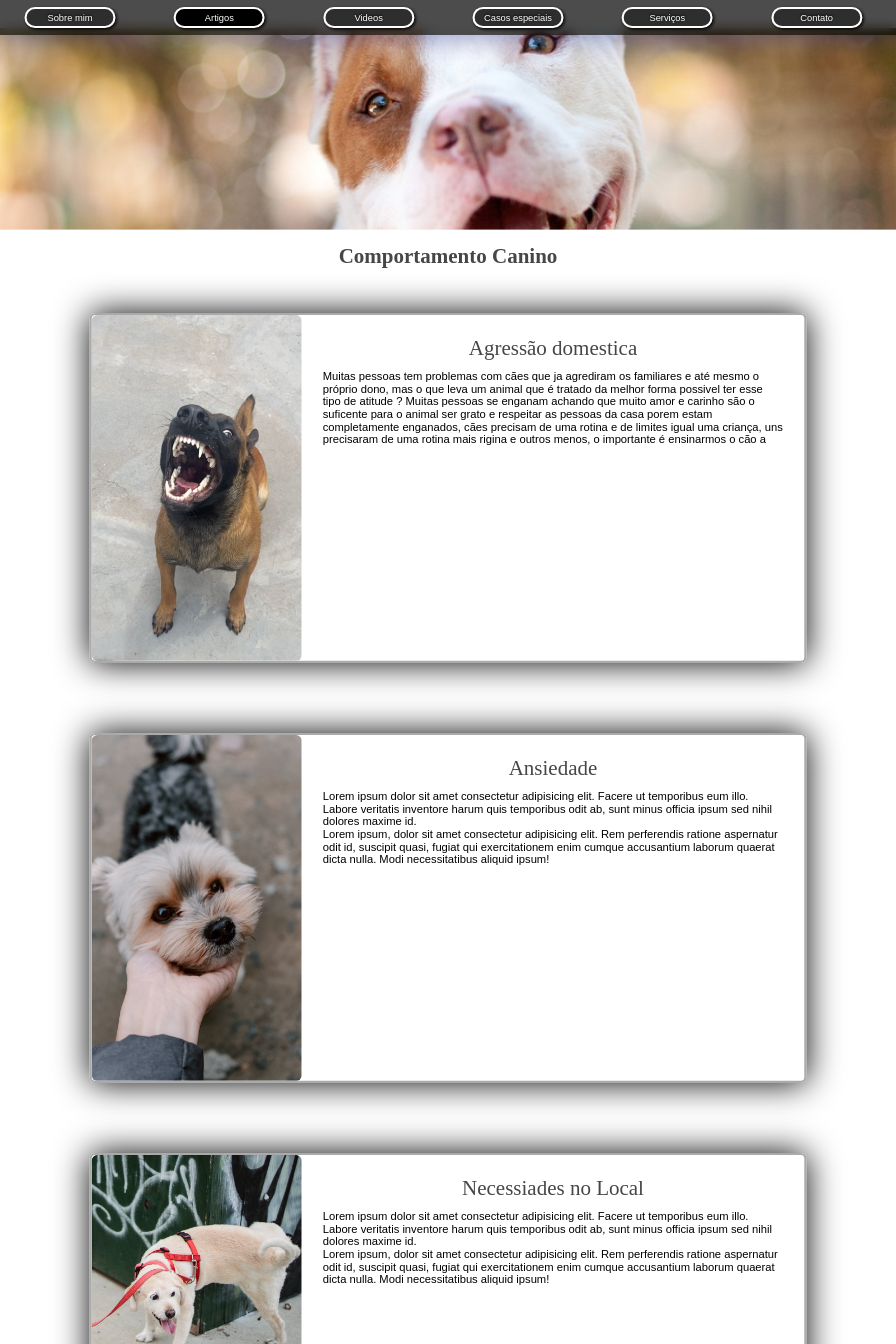
Repository: KevynMarques/Blog-React-StyledComponent
Page: /, after clicking the first element matching `button.sc-eqUAAy`
An editor plug-in stored every save of this project. The page is shown before and after the next save, followed by the edit.
The browser window is 1280 px wide. The pictures show the part of the page from y = 0 to 1920 px (the page is 3448 px tall), at 70% of full size.
The project was rebuilt for these pictures with package versions that can differ from the ones it lists, and the page was loaded fresh each time. Also part of the build but not shown: src/Components/Clientes/index.jsx, src/Components/Serviços/index.jsx, src/Components/Contato/index.jsx, src/Components/View/index.jsx.

Above is the page before, as saved 2022-02-21 15:23:15.

### public/index.html
<!DOCTYPE html>
<html lang="pt-BR">
  <head>
    <meta charset="utf-8" />
    <link rel="icon" href="%PUBLIC_URL%/favicon.ico" />
    <meta name="viewport" content="width=device-width, initial-scale=1" />
    <meta name="theme-color" content="#000000" />
    <meta
      name="description"
      content="Web site created using create-react-app"
    />
    <link rel="apple-touch-icon" href="%PUBLIC_URL%/logo192.png" />
    <!--
      manifest.json provides metadata used when your web app is installed on a
      user's mobile device or desktop. See https://developers.google.com/web/fundamentals/web-app-manifest/
    -->
    <!--
      Notice the use of %PUBLIC_URL% in the tags above.
      It will be replaced with the URL of the `public` folder during the build.
      Only files inside the `public` folder can be referenced from the HTML.

      Unlike "/favicon.ico" or "favicon.ico", "%PUBLIC_URL%/favicon.ico" will
      work correctly both with client-side routing and a non-root public URL.
      Learn how to configure a non-root public URL by running `npm run build`.
    -->
    <title>Adestramento DK</title>
  </head>
  <body>
    <noscript>You need to enable JavaScript to run this app.</noscript>
    <div id="root"></div>
    <!--
      This HTML file is a template.
      If you open it directly in the browser, you will see an empty page.

      You can add webfonts, meta tags, or analytics to this file.
      The build step will place the bundled scripts into the <body> tag.

      To begin the development, run `npm start` or `yarn start`.
      To create a production bundle, use `npm run build` or `yarn build`.
    -->
  </body>
</html>

### src/App.jsx
import Home from './Pages/Home';
import Sobre from './Components/Sobre/index';
import { useState, useEffect } from 'react';
import { GlobalStyle } from './GlobalStyle';
import Geral from './Components/Geral/index';


function App() {

  const [geral, setGeral]=useState(<Sobre />);

  return (
    <>
    <Home setGeral={setGeral} geral={geral}  />
    <Geral geral={geral} />
    <GlobalStyle/>
   </>
  );
}

export default App;

### src/Pages/Home/index.jsx
import React, {useState} from "react"
import {  Home, Videos, Comportamental, Serviços, Diversos, Contato } from "../../Components/Buttons/Style"
import Sobre from '../../Components/Sobre/index'
import Comport  from '../../Components/Artigos/index'
import Clientes from '../../Components/Clientes/index'
import Serv from "../../Components/Serviços"
import Cont from '../../Components/Contato/index'
import View from "../../Components/View"
import { ContainerHeader } from "../../Components/Containers/style"




export default (props) => {

  const [ativo, setAtivo] = useState(false)
  const [ativoVideos, setAtivoVideos] = useState(true)
  const [ativoComp, setComp] = useState(true)
  const [Casos, setCasos] = useState(true)
  const [serviços, setServiços] = useState(true)
  const [contato, setContato] = useState(true)


  return (
   <>
    <ContainerHeader>

       <Home
         setAtivo={setAtivo}
         ativo={ativo}
         onClick={()=>(props.setGeral(<Sobre />),
         setAtivo(false),
         setAtivoVideos(true),
         setComp(true),
         setCasos(true),
         setServiços(true)
         )}>
         <p>Sobre mim</p>
      </Home>


       <Comportamental
          onClick={() =>(props.setGeral(<Comport />),
          setAtivo(true),
          setAtivoVideos(true),
          setComp(false),
          setCasos(true),
          setServiços(true))}

          setComp={setComp}
          ativoComp={ativoComp}>

         <p>Artigos</p>
       </Comportamental>

       <Videos
        ativoEquip={ativoVideos}
        setAtivoVideos={setAtivoVideos}
        onClick={()=>(props.setGeral(<View />),
        setAtivo(true),
        setAtivoVideos(false),
        setComp(true),
        setCasos(true),
        setServiços(true)
        )}>
        <p>Videos</p>
       </Videos>

       <Diversos
          onClick={() =>(props.setGeral(<Clientes />),
          setAtivo(true),
          setAtivoVideos(true),
          setComp(true),
          setCasos(false),
          setServiços(true))}
          setCasos={setCasos}
          Casos={Casos}>
         <p>Casos especiais</p>
       </Diversos>


       <Serviços onClick={() =>(props.setGeral(<Serv />),
        setAtivo(true),
        setAtivoVideos(true),
        setComp(true),
        setCasos(true),
        setServiços(false))}
        setServiços={setServiços}
        serviços={serviços}>
         <p>Serviços</p>
       </Serviços>

       <Contato onClick={() =>(props.setGeral(<Cont />),
        setAtivo(true),
        setAtivoVideos(true),
        setComp(true),
        setCasos(true),
        setServiços(true),
        setContato(false)
       )}
          setContato={setContato}
          contato={contato}>
         <p>Contato</p>
      </Contato>

    </ContainerHeader>
    </>
  );
}

### src/Components/Sobre/index.jsx
import Foto from '../Image/foto.png'
import LV from '../Image/LV.jpg';
import Dog from '../Image/Dog.png'
import { Tittle } from "../Textos&Titles/style";
import { ContainerBaner, ContainerBox, ContainerIMG } from "../Containers/style";
import { Info } from "../Textos&Titles/style";
import { SubTitle } from '../Textos&Titles/style';
import { TitleInfo } from '../Textos&Titles/style';


export default () => {
  return (
<>
     <ContainerBaner>
      <img src={Dog} />
     </ContainerBaner>

   <Tittle>
          Adestramento DK
  </Tittle>


  <ContainerBox>
       <ContainerIMG>
        <img src={Foto} />
       </ContainerIMG>
       <Info>
       <TitleInfo>Quem sou eu</TitleInfo>
       meu nome é Kevyn Marques sempre fui um apaixonado por cães, no ano de 2017 tive o prazer
       de fazer parte do 2BPE  onde pude ter  meu primeiro contato com cães de trabalho tanto de faro como de guarda, encantando com aqueles animais comecei a pesquisar e estudar sobre comportamento canino  e desde la eu nunca mais parei, ao longo da minha jornada como adestrador fiz inumeros cursos com pessoas que estão na aréa do adestramento a anos, tanto no esporte canino como no treinamento pet podendo ter uma visão ampla e diversificade de cada caso que passa pelas minhas mãos, tenho um orgulho enorme dos meus resultados, acredito que todos com a orientação adequada podem ter uma vida em harmonia com seus cães independente do tamanho do problema ele sempre tera solução.
       </Info>
       </ContainerBox>

  <SubTitle>  Viper e Logan !
  </SubTitle>


    <ContainerBox>
       <ContainerIMG>
        <img src={LV} />
       </ContainerIMG>
       <Info>
       <TitleInfo>Nosso dia a dia</TitleInfo>
       Apesar de ter tido cães a vida toda o meu primeiro cão de trabalho foi o Logan, meu pastor Belga Malinois que se encontra ao lado direito da foto, com o Logan vieram inumeros desafios afinal é uma raça dificil de lidar, temperamento forte muita disposição e um drive de caça altissimo, porem com a tecnica é o conhecimento adequado o Logan se tornou a melhor companhia que ja tive na vida, ja o Mali mais escuro na foto é o Viper, minha paixão por Malinois so aumenta e com isso veio mais um para familia, o pequeno Viper é bem diferente do Logan, um cão mais calmo e de um temperamento extremamente equilibrado por enquanto ainda não sei se irei treina-lo para guarda e proteção como o Logan, porem uma coisa é certa, eles fazem uma dupla e tanto !! Irei postar videos rotineiros dos treinos de ambos e espero que vocês acompanhem !
       </Info>
   </ContainerBox>
</>

  );
}

### src/GlobalStyle.jsx
import { createGlobalStyle } from 'styled-components';

 export const GlobalStyle = createGlobalStyle`
  * {
    margin: 0;
    padding: 0;
    box-sizing: border-box;

  }
`;

### src/Components/Geral/index.jsx
import React from "react"

export default (props) => {

  return (

    <>
    {props.geral}
    </>

  );

}

### src/Components/Buttons/Style.jsx
import styled from "styled-components";


export const Home = styled.button `
background:${props => props.ativo ? '#2e2e2e' : '#000000'};
font-family: Arial, Helvetica, sans-serif;
font-style:normal;
color:#ffffff;
border:3px solid #ffffff;
text-shadow:0px -1px 3px #000000;
box-shadow:2px 2px 5px #000000;
box-shadow:2px 2px 5px #000000;
box-shadow:2px 2px 5px #000000;
border-radius:25px 25px 25px 25px;
border-radius:25px 25px 25px 25px;
border-radius:25px 25px 25px 25px;
width:130px;
height: 30px;

&:hover {
  background-color: black;
}

cursor:pointer;
margin:0 auto;
margin-left: 35px;

&:active {
  transform: scale(0.9);
}

`;


export const Videos = styled(Home) `

background:${props => props.ativoEquip ? '#2e2e2e' : '#000000'};

`;

export const Comportamental = styled(Home) `

background:${props => props.ativoComp ? '#2e2e2e' : '#000000'};

`;


export const Diversos = styled(Home) `

background:${props => props.Casos? '#2e2e2e' : '#000000'};

`;


export const Serviços = styled(Home) `

background:${props => props.serviços? '#2e2e2e' : '#000000'};

`;

export const Contato = styled(Home) `

background:#2e2e2e;

`;

### src/Components/Artigos/index.jsx
import Dog from '../Image/pitbull.jpeg'
import Agress from '../Image/agressao.png'
import York from '../Image/york.jpeg'
import Xixi from '../Image/xixi.jpeg'
import Passeio from '../Image/Passeio.jpeg'
import Bagunça from '../Image/bagunça.jpg'
import { Info, SubTitle } from '../Textos&Titles/style'
import { ContainerBaner, ContainerBox, ContainerIMG } from '../Containers/style'
import { TitleInfo } from '../Textos&Titles/style'

export default () => {
  return (
    <>
    <ContainerBaner>
    <img src={Dog} />
    </ContainerBaner>

    <SubTitle>
      Comportamento Canino
     </SubTitle>

      <ContainerBox>
       <ContainerIMG>
        <img src={Agress} />
       </ContainerIMG>
       <Info>
       <TitleInfo>Agressão domestica</TitleInfo>
       Muitas pessoas tem problemas com cães que ja agrediram os familiares e até mesmo o próprio dono, mas o que leva um animal que é tratado
       da melhor forma possivel ter esse tipo de atitude ? Muitas pessoas se enganam achando que muito amor e carinho são o suficente para o animal ser grato e respeitar as pessoas da casa porem estam completamente enganados, cães precisam de uma rotina e de limites igual uma criança, uns precisaram de uma rotina mais rigina e outros menos, o importante é ensinarmos o cão a
        </Info>
       </ContainerBox>

       <ContainerBox>
       <ContainerIMG>
        <img src={York} />
       </ContainerIMG>
       <Info>
       <TitleInfo>Ansiedade</TitleInfo>
       Lorem ipsum dolor sit amet consectetur adipisicing elit. Facere ut temporibus eum illo. Labore veritatis inventore harum quis temporibus odit ab, sunt minus officia ipsum sed nihil dolores maxime id.
       <br></br>
        Lorem ipsum, dolor sit amet consectetur adipisicing elit. Rem perferendis ratione aspernatur odit id, suscipit quasi, fugiat qui  exercitationem  enim cumque accusantium laborum quaerat dicta nulla. Modi necessitatibus aliquid ipsum!
        </Info>
       </ContainerBox>

       <ContainerBox>
       <ContainerIMG>
        <img src={Xixi} />
       </ContainerIMG>
       <Info>
       <TitleInfo>Necessiades no Local</TitleInfo>
       Lorem ipsum dolor sit amet consectetur adipisicing elit. Facere ut temporibus eum illo. Labore veritatis inventore harum quis temporibus odit ab, sunt minus officia ipsum sed nihil dolores maxime id.
       <br></br>
        Lorem ipsum, dolor sit amet consectetur adipisicing elit. Rem perferendis ratione aspernatur odit id, suscipit quasi, fugiat qui  exercitationem  enim cumque accusantium laborum quaerat dicta nulla. Modi necessitatibus aliquid ipsum!
        </Info>
       </ContainerBox>


       <ContainerBox>
       <ContainerIMG>
        <img src={Passeio} />
       </ContainerIMG>
       <Info>
       <TitleInfo>Passeio</TitleInfo>
       Lorem ipsum dolor sit amet consectetur adipisicing elit. Facere ut temporibus eum illo. Labore veritatis inventore harum quis temporibus odit ab, sunt minus officia ipsum sed nihil dolores maxime id.
       <br></br>
        Lorem ipsum, dolor sit amet consectetur adipisicing elit. Rem perferendis ratione aspernatur odit id, suscipit quasi, fugiat qui  exercitationem  enim cumque accusantium laborum quaerat dicta nulla. Modi necessitatibus aliquid ipsum!
        </Info>
       </ContainerBox>


       <ContainerBox>
       <ContainerIMG>
        <img src={Bagunça} />
       </ContainerIMG>
       <Info>
       <TitleInfo>Destruição de objetos</TitleInfo>
       Lorem ipsum dolor sit amet consectetur adipisicing elit. Facere ut temporibus eum illo. Labore veritatis inventore harum quis temporibus odit ab, sunt minus officia ipsum sed nihil dolores maxime id.
       <br></br>
        Lorem ipsum, dolor sit amet consectetur adipisicing elit. Rem perferendis ratione aspernatur odit id, suscipit quasi, fugiat qui  exercitationem  enim cumque accusantium laborum quaerat dicta nulla. Modi necessitatibus aliquid ipsum!
        </Info>
       </ContainerBox>
    </>
  );
}

### src/Components/Containers/style.jsx
import  styled  from "styled-components";



export const  ContainerHeader  = styled.div `
     width: 100vw;
     height: 50px;
     margin: 0;
     position: fixed;
     z-index: 99999;
     background: rgba( 0, 0, 0, 0.7 );
     box-shadow: 0 8px 32px 0 rgba( 31, 38, 135, 0.37 );
     backdrop-filter: blur( 7.5px );
     -webkit-backdrop-filter: blur( 7.5px );
     color:white;
     display: flex;
     align-items: center;
     justify-content: center;
`;



export const ContainerBaner= styled.div `
  width: 100%;
  height: 40vh;


    img {
    width: 100%;
    height: 100%;
    object-fit: cover;
    margin-top: 40px;

    }
`;


export const  ContainerBox = styled.section `
  height: 500px;
  border: solid 3px #aaaaaa;
  width: 80vw;
  margin: 100px  10%;
  border-radius: 8px;
  box-shadow: 0 0 3em Black;
  display: flex;
  `;


export const ContainerIMG = styled.div `

    min-width:300px;
    height:494px;

  img {
    object-fit: cover;
    width: 100%;
    height: 100%;
    border-radius: 8px;
  }

`;

### src/Components/Textos&Titles/style.jsx
import styled from 'styled-components'



export const Tittle = styled.h1`
@import url('https://fonts.googleapis.com/css2?family=Bangers&display=swap');
color: #312f2f;
font-size: 60px;
font-family: 'Bangers', cursive;
text-align: center;
height: 40px;
margin-top: 45px;
`;


export const Info = styled.p`
 margin: 30px;
 font-family: Arial, Helvetica, sans-serif;
`;


export const SubTitle = styled.h2 `
 text-align: center;
 font-size: 30px;
 margin-top: 60px;
 font-family: Arial, Helvetica, sans-serif;
 color: #464646;
 margin-bottom: -35px;
 font-family: 'Bangers', cursive;
`;


export const TitleInfo = styled.div `
 text-align: center;
 font-size: 30px;
 font-family: Arial, Helvetica, sans-serif;
 color: #464646;
 font-family: 'Bangers', cursive;
 margin-bottom: 15px;
`;

Loaded but not shown: src/index.js (common file)

After the next save:
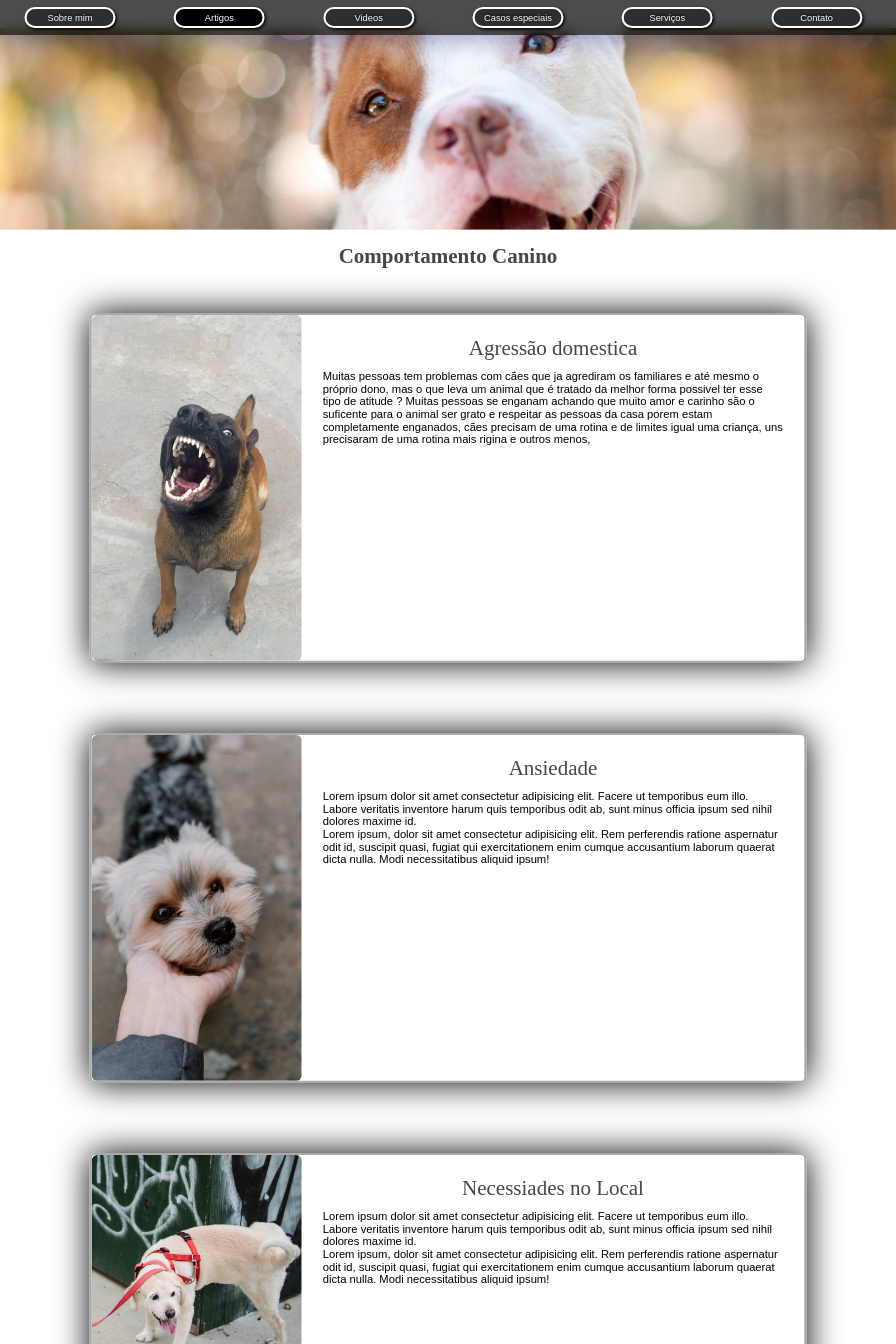
Saved 11 s later.
--- a/src/Components/Artigos/index.jsx
+++ b/src/Components/Artigos/index.jsx
@@ -26,7 +26,7 @@ export default () => {
        <Info>
        <TitleInfo>Agressão domestica</TitleInfo>
        Muitas pessoas tem problemas com cães que ja agrediram os familiares e até mesmo o próprio dono, mas o que leva um animal que é tratado
-       da melhor forma possivel ter esse tipo de atitude ? Muitas pessoas se enganam achando que muito amor e carinho são o suficente para o animal ser grato e respeitar as pessoas da casa porem estam completamente enganados, cães precisam de uma rotina e de limites igual uma criança, uns precisaram de uma rotina mais rigina e outros menos, o importante é ensinarmos o cão a
+       da melhor forma possivel ter esse tipo de atitude ? Muitas pessoas se enganam achando que muito amor e carinho são o suficente para o animal ser grato e respeitar as pessoas da casa porem estam completamente enganados, cães precisam de uma rotina e de limites igual uma criança, uns precisaram de uma rotina mais rigina e outros menos,
         </Info>
        </ContainerBox>
 
